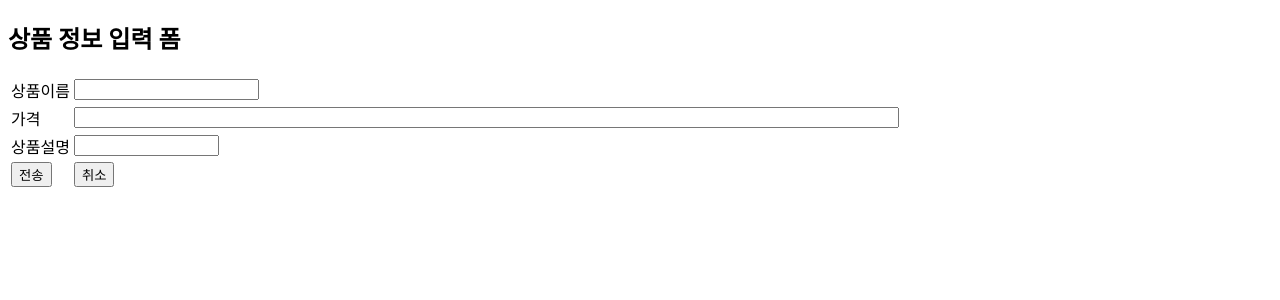
Repository: o3orr/jsp_study
Page: http://localhost/web-study-08/itemForm.jsp
The author's editor kept a copy of each file at every save. The page is drawn from the files as they stood at one save, then again after the next save.
The browser window is 1280 px wide. The pictures show the whole page.
The page is served by Tomcat 9.

Above is the page before, as saved 2024-03-05 07:33:22.

After the next save:
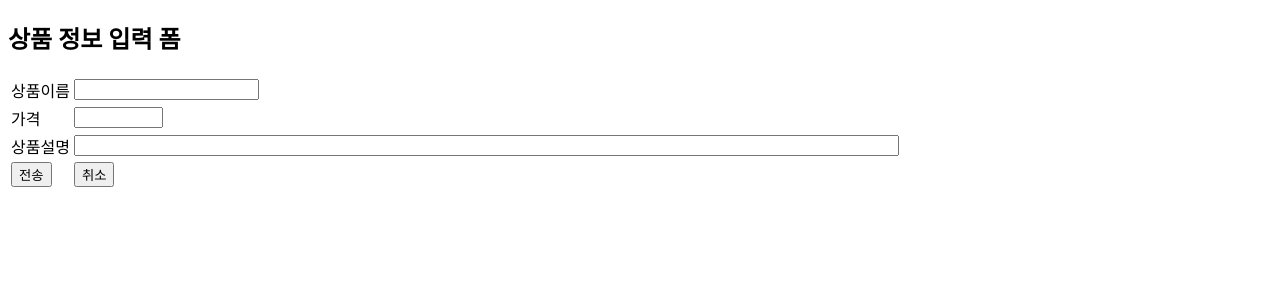
Saved 8 s later.
--- a/web-study-08/src/main/webapp/itemForm.jsp
+++ b/web-study-08/src/main/webapp/itemForm.jsp
@@ -16,11 +16,11 @@
 			</tr>
 			<tr>
 				<td>가격</td>
-				<td><input type="text" name="price" size="100"></td>
+				<td><input type="text" name="price" size="8"></td>
 			</tr>
 			<tr>
 				<td>상품설명</td>
-				<td><input type="text" name="description" size="15"></td>
+				<td><input type="text" name="description" size="100"></td>
 			</tr>
 			<tr>
 				<td><input type="submit" value="전송"></td>
